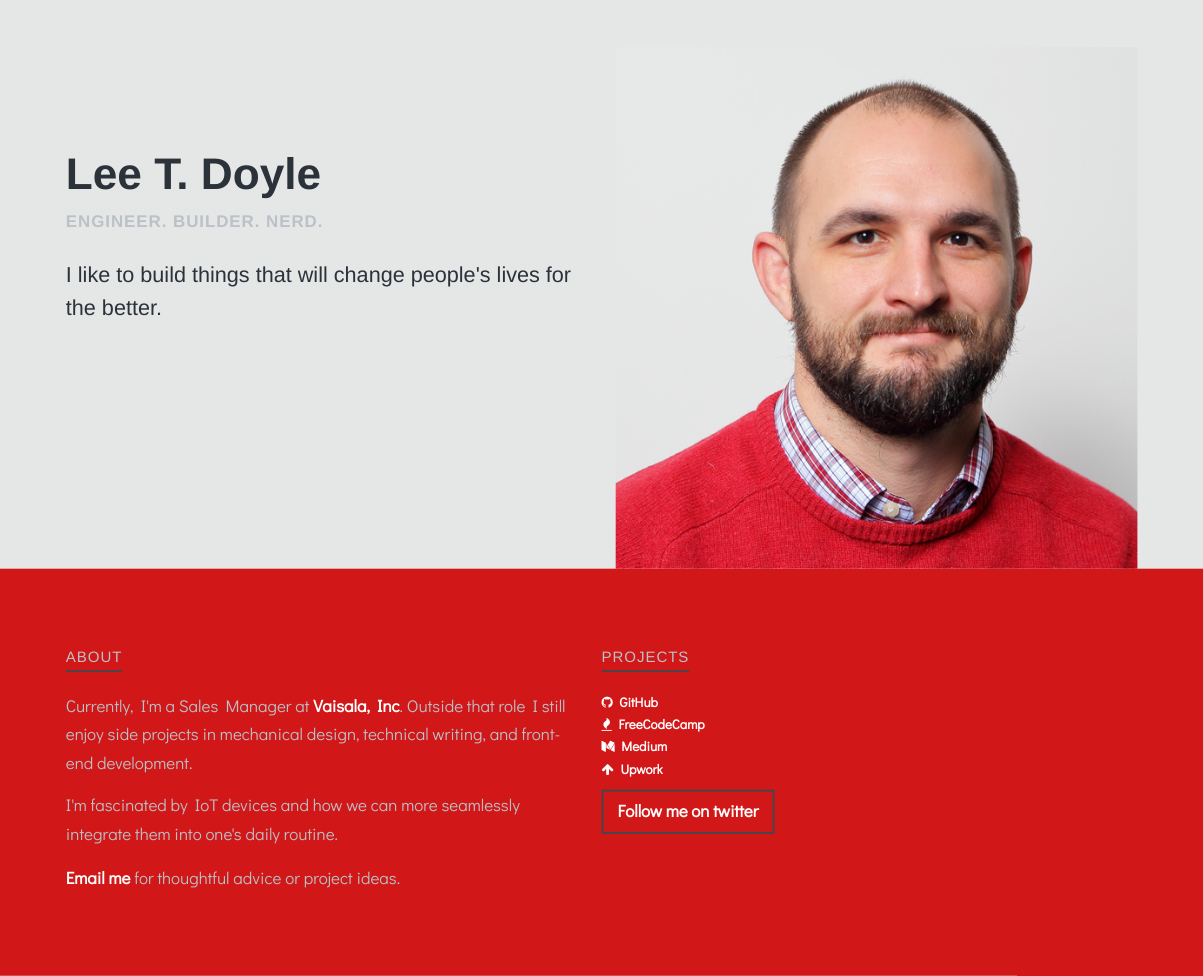
Repository: ldoyle0/ldoyle0.github.io
Page: index.html
The author's editor kept a record of every edit. The page is drawn from the files as they stood at one moment, then again after the next edit.
The browser window is 1280 px wide. The pictures show the whole page, at 94% of full size.
Some web libraries are served in a nearby version.

Above is the page before.

### index.html
<!DOCTYPE html>
<html lang="en">

<head>

<!-- Meta Data -->
    <meta charset="utf-8">
    <meta http-equiv="X-UA-Compatible" content="IE=edge">
    <meta name="viewport" content="width=device-width, initial-scale=1">
    <meta name="description" content="I like to build things that will change people's lives for the better.">
    <meta name="author" content="Lee Doyle">
    <link rel="shortcut icon" href="favicon.ico">

    <title>Lee Doyle – Builder</title>


<!-- Styles -->
    <link href="https://fonts.googleapis.com/css?family=Didact+Gothic" rel="stylesheet">
    <link href="https://maxcdn.bootstrapcdn.com/font-awesome/4.4.0/css/font-awesome.min.css" rel="stylesheet">

    <link rel="stylesheet" href="./css/bootstrap.min.css">
    <link rel="stylesheet" href="./css/style.css" >

</head>

<body>
    <div class="title">
    <div class="container">
        <div class="row">
            <div class="col-sm-6 col-md-6 left">
                <h1>Lee T. Doyle</h1>
                <h2><strong>Engineer. Builder. Nerd.</strong></h2>
                <h3>I like to build things that will change people's lives for the better.</h3>
            </div>
            <div class="col-sm-6 col-md-6 right">
                <img src="./img/LED.jpg">
            </div>
        </div>
    </div>
    </div>

<footer>
    <div class="container">
        <div class="row">
            <div class="col-sm-6 col-md-6">
                <h4>About</h4>
                <p>
                    Currently, I'm a Sales Manager at <a href="http://www.vaisala.com/en/Pages/default.aspx">Vaisala, Inc</a>.
                    Outside that role I still enjoy side projects in mechanical design, technical writing, and
                    front-end development.
                </p>
                <p>
                    I'm fascinated by IoT devices and how we can more seamlessly integrate them into one's daily routine.
                </p>
                <p>
                    <a href="mailto:ldoyle0@gmail.com">Email me</a> for thoughtful advice or project ideas.
                </p>
            </div>
            <div class="span6">
                <h4>Projects</h4>
                <ul>
                    <li><a href="https://github.com/ldoyle0"><i class="fa fa-github"></i>GitHub</a></li>
                    <li><a href="https://www.freecodecamp.org/ldoyle0"><i class="fa fa-fire"></i>FreeCodeCamp</a></li>
                    <li><a href="https://medium.com/@leetdoyle"><i class="fa fa-medium"></i>Medium</a></li>
                    <li><a href="https://www.upwork.com/o/profiles/users/_~01666dd24ce2e08ba3/"><i class="fa fa-arrow-up"></i>Upwork</a></li>
                </ul>
                <p><a class="follow-btn" href="http://www.twitter.com/ldoyle0">Follow  me on twitter</a></p>
            </div>
        </div>
    </div>
</footer>

</body>

</html>

### css/style.css
@import "bootstrap.min.css";

/*
color scheme
#d11717 - red
#17d1d1 - blue-green
#74d117 - green
*/

/* General */

body {
  color: #bbc1c7;
  background-color: #d11717;
  font-family: 'Didact Gothic', Arial, sans-serif;
  font-weight: 400;
  line-height: 1.7;
}

div {
  display: block;
}

h1,
h2,
h3 {
  line-height: 40px;
}

h1 {
  font-size: 47px;
  font-weight: 700;
  color: #2b323a;
  margin: 0 0 10px 0;
}
h2 {
  font-size: 18px;
  text-transform: uppercase;
  font-weight: 500;
  letter-spacing: 1px;
  margin: 0;
}
h3 {
  font-size: 23px;
  color: #2b323a;
  line-height: 1.5;
  margin: 20px 0 0 0;
}
h4 {
  display: inline-block;
  text-transform: uppercase;
  font-size: 16px;
  font-weight: 400;
  letter-spacing: 1px;
  border-bottom: 2px solid #41474e;
  padding-bottom: 5px;
  margin-bottom: 20px;
}

div i {
    margin-right: 7px;
}

p {
  font-size: 18px;
}

a,
a:visited {
  text-decoration: none;
  font-weight: 600;
  color: white;
}
a:hover,
a:focus,
a:active {
  color: white;
  border-bottom: 1px solid white;
  padding-bottom: 5px;
}

/* Title */

.title {
    background-color: #e5e6e6;
}

@media only screen and (min-width: 1200px) {
  .title {
    min-height: 492px;
  }
}
.title .left {
  padding-top: 165px;
  padding-bottom: 125px;
}
@media only screen and (max-width: 767px) {
  .title .left {
    padding-top: 30px;
    padding-bottom: 0;
  }
}
@media only screen and (min-width: 768px) and (max-width: 991px) {
  .title .left {
    padding-top: 80px;
    padding-bottom: 0;
  }
}
.title .right {
  padding-top: 50px;
}
@media only screen and (max-width: 767px) {
  .title h2 {
    font-size: 16px;
  }
}
.title h2 em {
  padding-left: 5px;
  padding-right: 5px;
}
@media only screen and (max-width: 767px) {
  .title h2 em {
    padding-left: 0;
    padding-right: 0;
    font-size: 16px;
  }
}

img {
  max-width: 100%;
}

/* Footer */

footer {
  padding-top: 75px;
  padding-bottom: 0;
}
@media only screen and (max-width: 767px) {
  footer {
    padding-top: 30px;
    padding-bottom: 0;
  }
}
footer ul,
footer ul li {
  list-style-type: none;
  padding: 0;
  margin: 0;
}
footer .row > div {
  padding-bottom: 75px;
}
@media only screen and (max-width: 767px) {
  footer .row > div {
    padding-bottom: 50px;
  }
}
footer .follow-btn {
  border: 2px solid #41474e;
  padding: 5px 15px 8px 15px;
  margin-top: 10px;
  display: inline-block;
}
footer .follow-btn:hover {
  background-color: #41474e;
}
footer p {
  margin-bottom: 15px;
}

Loaded but not shown: css/bootstrap.min.css (library)

After the next edit:
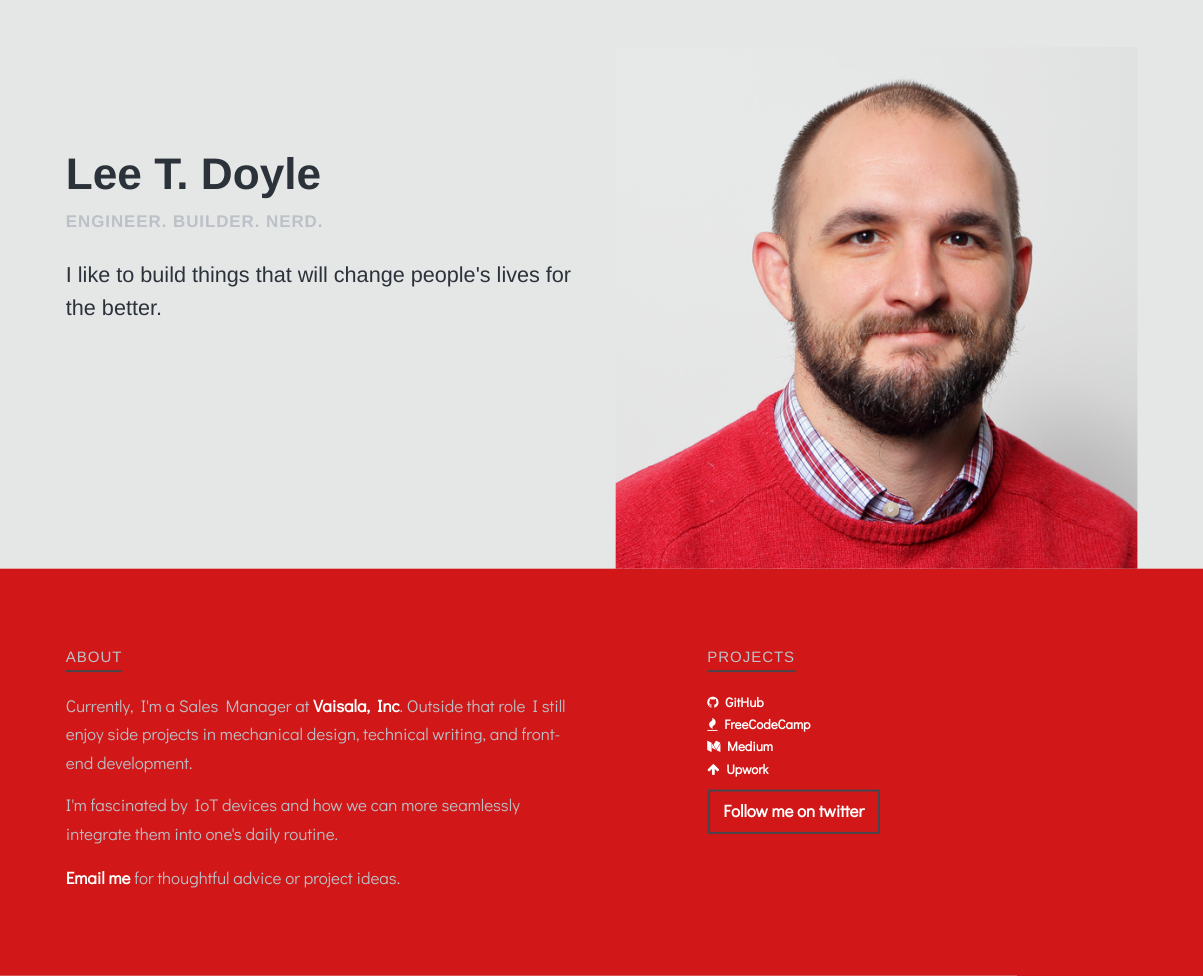
The edit:
--- a/index.html
+++ b/index.html
@@ -56,7 +56,7 @@
                     <a href="mailto:ldoyle0@gmail.com">Email me</a> for thoughtful advice or project ideas.
                 </p>
             </div>
-            <div class="span6">
+            <div class="col-sm-6 col-md-3 col-md-offset-1">
                 <h4>Projects</h4>
                 <ul>
                     <li><a href="https://github.com/ldoyle0"><i class="fa fa-github"></i>GitHub</a></li>
